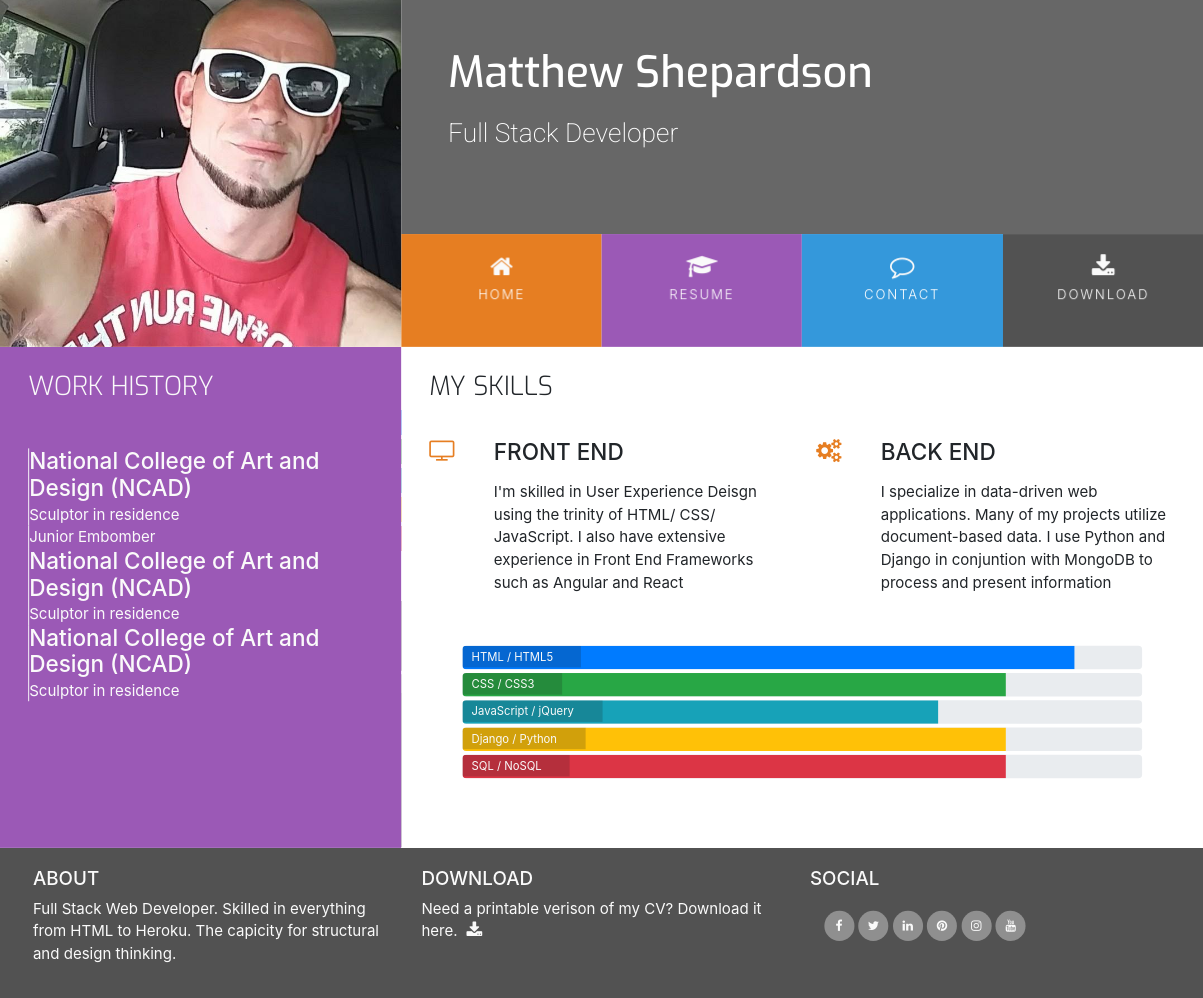
Repository: mshep6517/resume-project
Page: resume.html
The author's editor kept a record of every edit. The page is drawn from the files as they stood at one moment, then again after the next edit.
The browser window is 1280 px wide. The pictures show the whole page, at 94% of full size.
Some web libraries are served in a nearby version.

Above is the page before.

After the next edit:
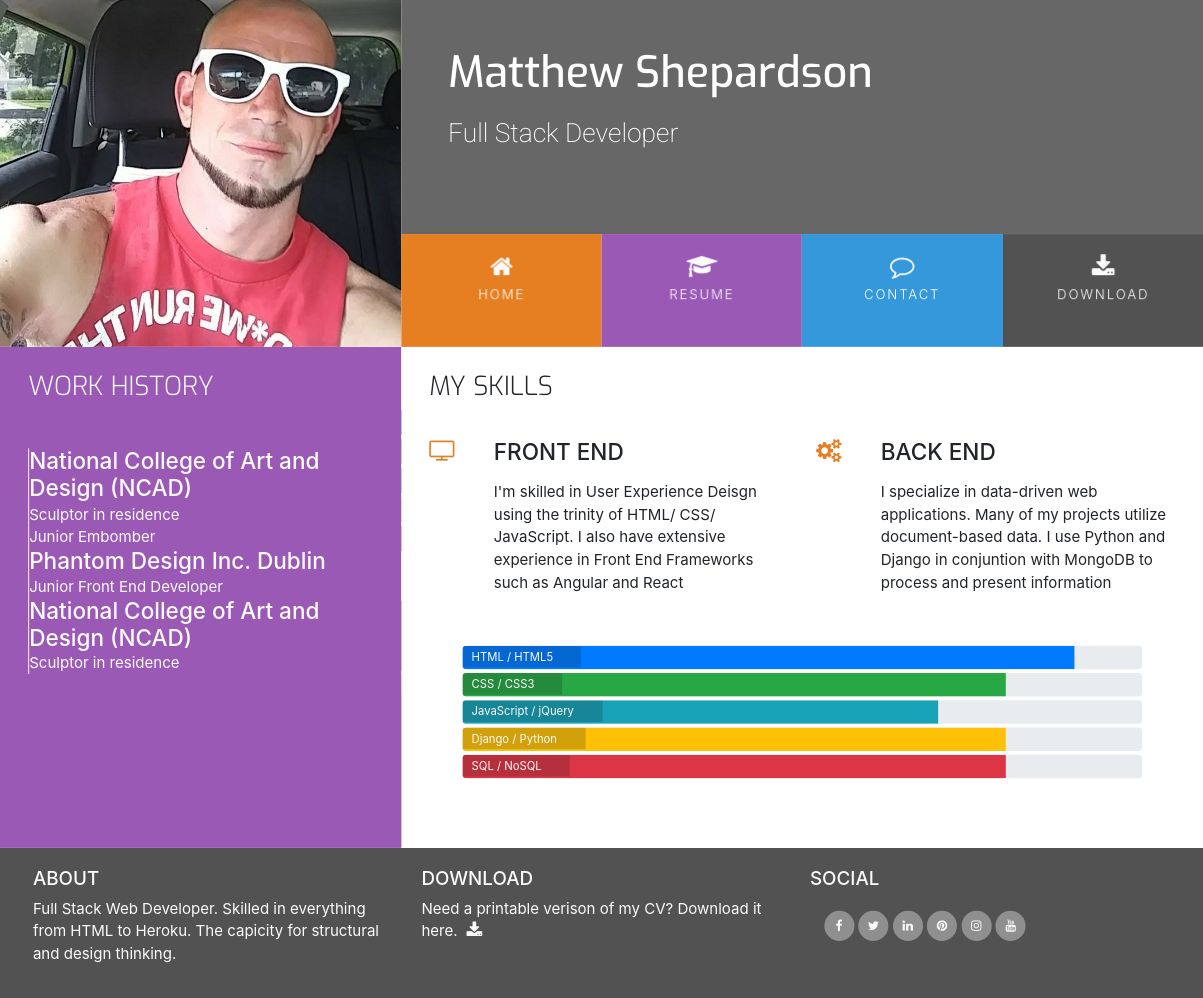
The edit:
--- a/resume.html
+++ b/resume.html
@@ -62,9 +62,9 @@
                     <h4Fisher and Diaz Funeral Director</h4>
                     <p>Junior Embomber</p>
                 </div>
-                <div class="timeline-item" data-dates="06/2008 - 04/2004">
-                    <h4>National College of Art and Design (NCAD)</h4>
-                    <p>Sculptor in residence</p>
+                <div class="timeline-item" data-dates="06/2008 - 06/2011">
+                    <h4>Phantom Design Inc. Dublin</h4>
+                    <p>Junior Front End Developer</p>
                 </div>
                 <div class="timeline-item" data-dates="02/1998 - 04/2004">
                     <h4>National College of Art and Design (NCAD)</h4>
